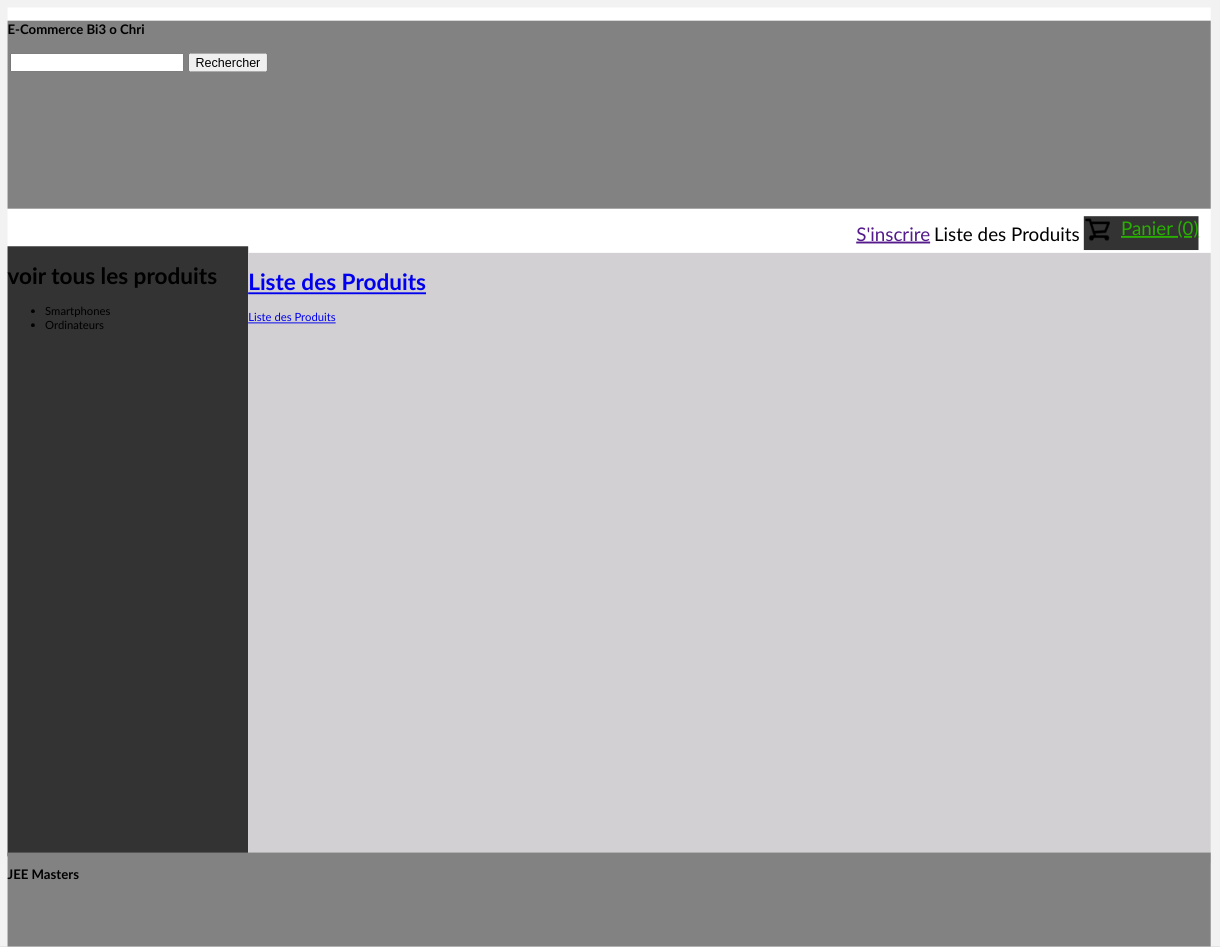
Repository: EBusinesss/Ebusiness
Page: http://localhost/EcomWEB/
An editor plug-in stored every save of this project. The page is shown before and after the next save, followed by the edit.
The browser window is 1280 px wide. The page is 1298 px wide, so the pictures cover 1298 px, including what lies to the right of the window. The pictures show the whole page, at 94% of full size.
The page is served by Tomcat 9. Nobody is signed in. The application's start-up code is not run.

Above is the page before, as saved 2014-12-25 14:58:27.

After the next save:
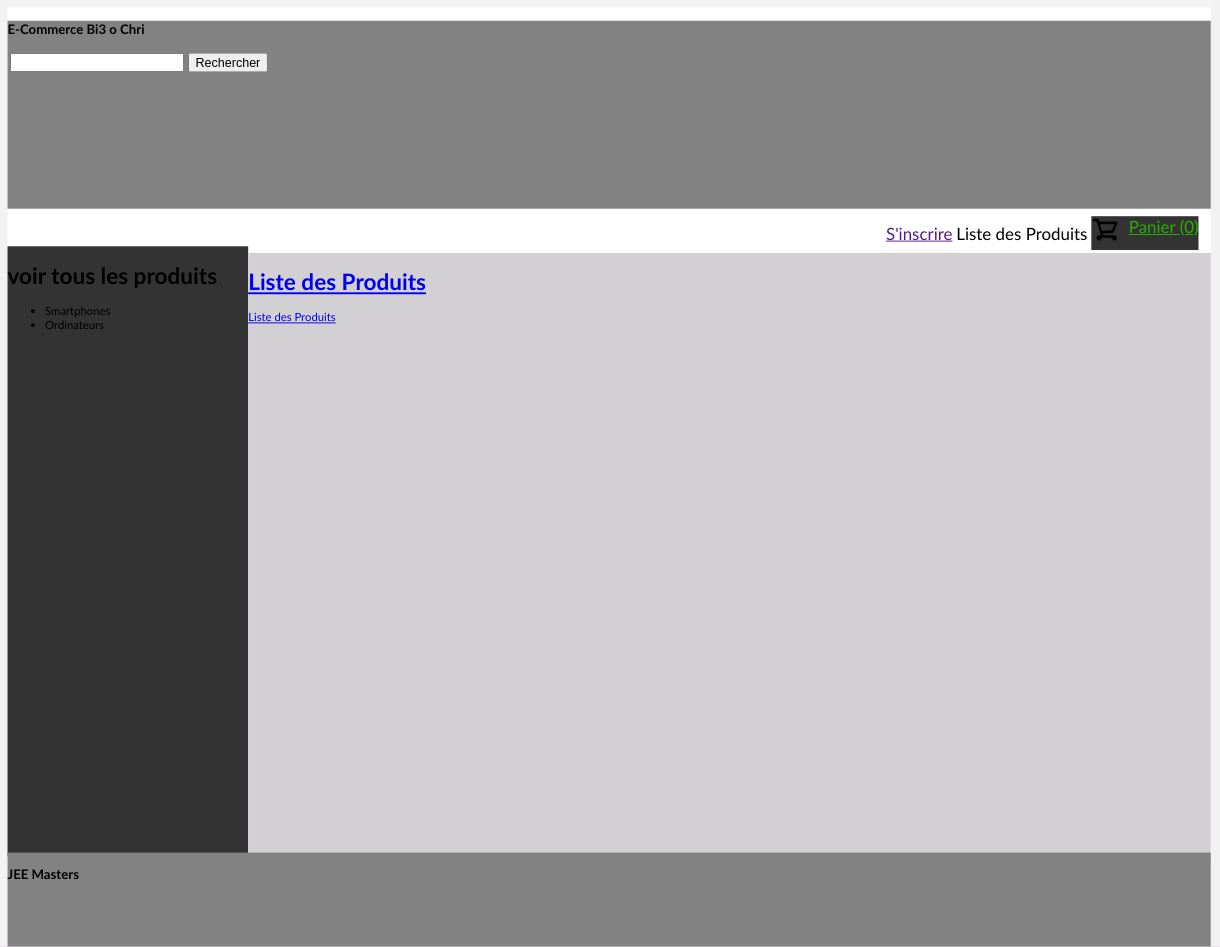
Saved 80 s later.
--- a/Workspace/EcomWEB/WebContent/style/style.css
+++ b/Workspace/EcomWEB/WebContent/style/style.css
@@ -28,7 +28,7 @@
 }
 
 .tableNavig{
-	font-size: 20px;
+	font-size: 18px;
 	padding-right: 15px;
 	float: right;
 }

After the save that followed:
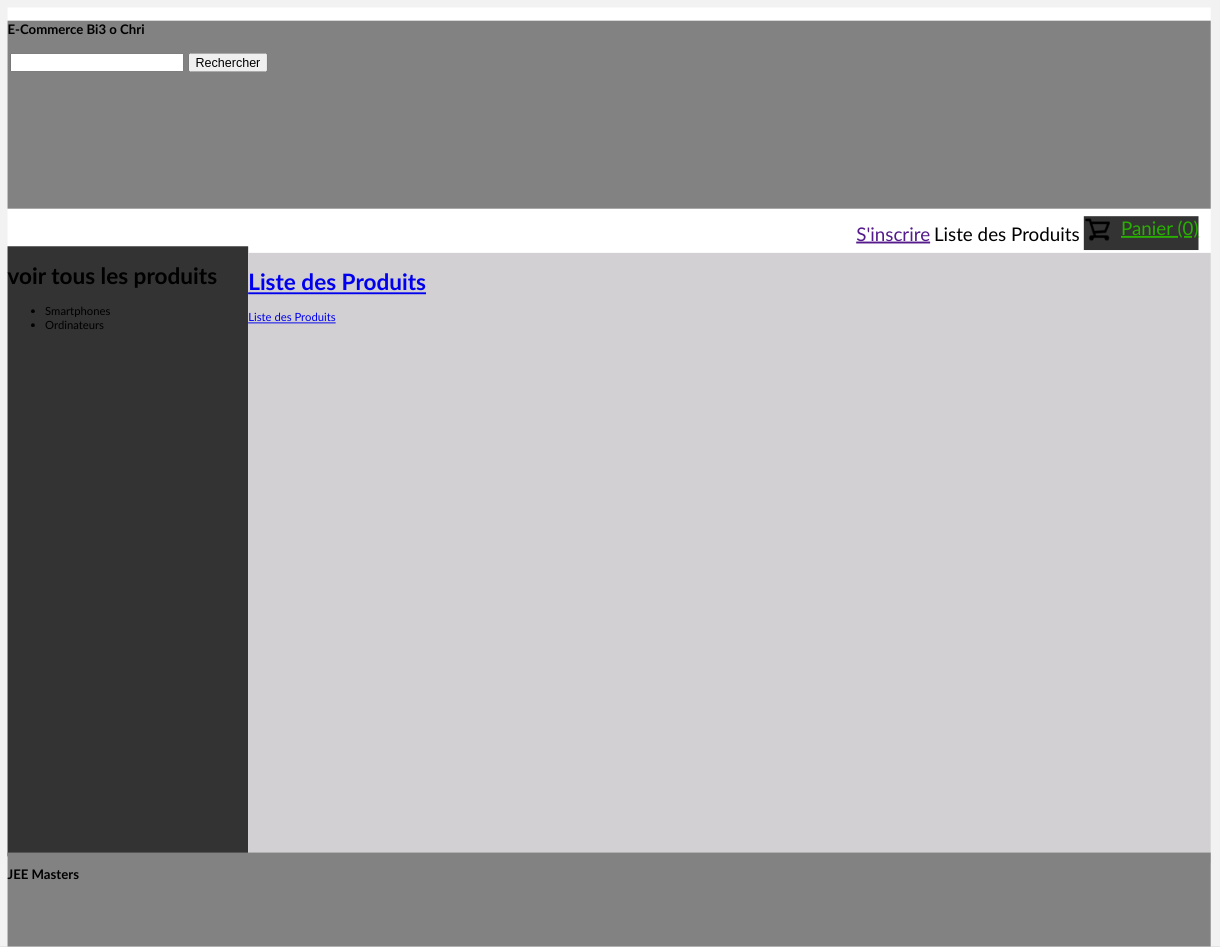
Saved 43 s later.
--- a/Workspace/EcomWEB/WebContent/style/style.css
+++ b/Workspace/EcomWEB/WebContent/style/style.css
@@ -28,7 +28,7 @@
 }
 
 .tableNavig{
-	font-size: 18px;
+	font-size: 20px;
 	padding-right: 15px;
 	float: right;
 }
